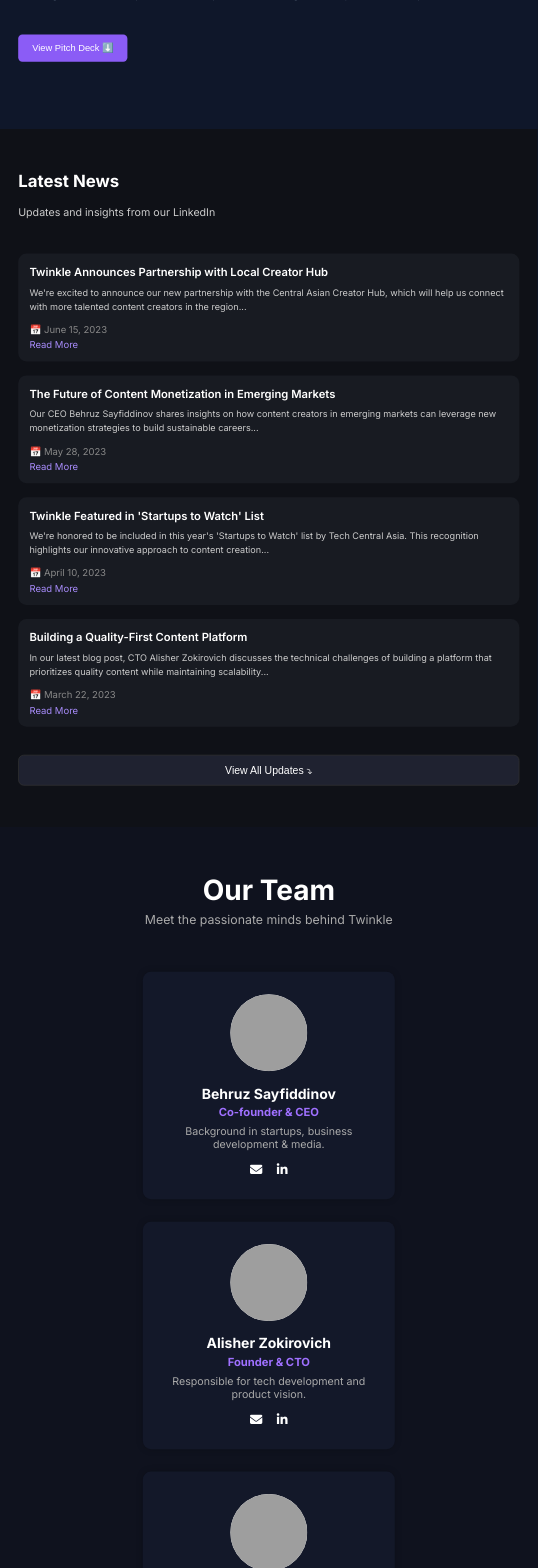
Repository: techboy-33/Twinkle-web
Page: index.html
These files come from the project's save history. The page is drawn as it stood at one moment and after the next save; the edit follows.
The browser window is 768 px wide. The pictures show the part of the page from y = 1585 to 3825 px (the page is 6572 px tall before and 6592 px after), at 70% of full size.
Pictures or frames that could not be fetched are drawn as grey boxes.

Above is the page before, as saved 2025-05-15 10:59:33.

### index.html
<!DOCTYPE html>
<html lang="en">

<head>
    <meta charset="UTF-8" />
    <meta name="viewport" content="width=device-width, initial-scale=1.0" />
    <title>Twinkle</title>
    <link href="styles.css" rel="stylesheet" />
    <link href="https://fonts.googleapis.com/css2?family=Inter:wght@400;600;700&display=swap" rel="stylesheet">
    <link rel="stylesheet" href="https://cdnjs.cloudflare.com/ajax/libs/font-awesome/6.5.0/css/all.min.css">
    <link rel="stylesheet" href="./base.css">
    <link rel="stylesheet" href="./responsive.css">
</head>

<body>
    <header class="navbar">
        <div class="container nav-inner">
            <div class="logo">Twinkle</div>
            <div class="nav-right">
                <nav class="nav-links">
                    <a href="#">General Info</a>
                    <a href="#">News</a>
                    <a href="#">Team</a>
                </nav>
                <div class="nav-icons">
                    <button class="icon-btn">
                        <i class="fa-solid fa-globe"></i>
                    </button>
                    <button class="icon-btn" id="theme-toggle">
                        <i class="fa-solid fa-sun"></i>
                    </button>
                    <button class="icon-btn contact-btn">Contact</button>
                    <button class="hamburger-menu" id="menu-toggle">
                        <i class="fa-solid fa-bars"></i>
                    </button>
                </div>
            </div>
        </div>
    </header>
    <section class="hero">
        <div class="hero-inner">
            <h1>Twinkle</h1>
            <p class="subtitle">
                A social media platform uniting creators who produce high-quality, intellectual, and value-driven
                content with innovative filtering and multi-monetization models.
            </p>

            <div class="info-grid">
                <div class="info-card">
                    <h3>Founded</h3>
                    <p>15th of December 2024</p>
                </div>
                <div class="info-card">
                    <h3>Headquarters</h3>
                    <p>Samarkand, Uzbekistan (remote)</p>
                </div>
                <div class="info-card">
                    <h3>Focus</h3>
                    <p>Creator economy, empowering media industry</p>
                </div>
                <div class="info-card">
                    <h3>Target Market</h3>
                    <p>Uzbekistan, Global Expansion</p>
                </div>
            </div>

            <button class="learn-btn">Learn More ⌄</button>
        </div>
    </section>
    <main class="container">
        <section class="general-info">
            <h2>General Info</h2>
            <div class="info-columns">
                <div class="left">
                    <div>
                        <p class="strong">Industry</p>
                        <p>Social Media, Creator Economy</p>
                    </div>
                    <div>
                        <p class="strong">Business Model</p>
                        <p>Platform, Subscription, Transaction Fees</p>
                    </div>
                    <div>
                        <p class="strong">Location</p>
                        <p>Tashkent, Uzbekistan</p>
                    </div>
                    <div>
                        <p class="strong">Stage</p>
                        <p>Pre-Seed</p>
                    </div>
                </div>
                <div class="right">
                    <div>
                        <p class="strong">Description</p>
                        <p>Twinkle is designed to build a community of high-caliber, educational content creators while
                            creating a next-generation media platform that enables expanded monetization opportunities.
                        </p>
                    </div>
                    <div>
                        <p class="strong">Investment Needs</p>
                        <p>Seeking investment for platform development, marketing, team expansion, and operational
                            costs.
                        </p>
                    </div>
                    <button class="pitch-btn">View Pitch Deck ⬇️</button>
                </div>
            </div>
        </section>
    </main>
    <section class="news-section">
        <div class="container">
            <h2 class="news-title">Latest News</h2>
            <p class="news-subtitle">Updates and insights from our LinkedIn</p>

            <div class="news-grid">
                <!-- News Card 1 -->
                <div class="news-card">
                    <h3>Twinkle Announces Partnership with Local Creator Hub</h3>
                    <p>We're excited to announce our new partnership with the Central Asian Creator Hub, which will help
                        us connect with more talented content creators in the region...</p>
                    <div class="news-meta">
                        <span>📅 June 15, 2023</span>
                        <a href="#">Read More</a>
                    </div>
                </div>

                <!-- News Card 2 -->
                <div class="news-card">
                    <h3>The Future of Content Monetization in Emerging Markets</h3>
                    <p>Our CEO Behruz Sayfiddinov shares insights on how content creators in emerging markets can
                        leverage new monetization strategies to build sustainable careers...</p>
                    <div class="news-meta">
                        <span>📅 May 28, 2023</span>
                        <a href="#">Read More</a>
                    </div>
                </div>

                <!-- News Card 3 -->
                <div class="news-card">
                    <h3>Twinkle Featured in 'Startups to Watch' List</h3>
                    <p>We're honored to be included in this year's 'Startups to Watch' list by Tech Central Asia. This
                        recognition highlights our innovative approach to content creation...</p>
                    <div class="news-meta">
                        <span>📅 April 10, 2023</span>
                        <a href="#">Read More</a>
                    </div>
                </div>

                <!-- News Card 4 -->
                <div class="news-card">
                    <h3>Building a Quality-First Content Platform</h3>
                    <p>In our latest blog post, CTO Alisher Zokirovich discusses the technical challenges of building a
                        platform that prioritizes quality content while maintaining scalability...</p>
                    <div class="news-meta">
                        <span>📅 March 22, 2023</span>
                        <a href="#">Read More</a>
                    </div>
                </div>
            </div>

            <div class="view-all-wrapper">
                <button class="view-all-btn">View All Updates ⤵</button>
            </div>
        </div>
    </section>
    <section class="team-section">
        <div class="container">
            <h2 class="team-title">Our Team</h2>
            <p class="team-subtitle">Meet the passionate minds behind Twinkle</p>

            <div class="team-grid">
                <!-- Team Members -->
                <div class="team-card">
                    <img src="https://encrypted-tbn0.gstatic.com/images?q=tbn:ANd9GcR9CMIiPoEBXCQ0sEX700hf1_gQ1kkmD3HA4w&s"
                        alt="Behruz">
                    <h3>Behruz Sayfiddinov</h3>
                    <p class="role">Co-founder & CEO</p>
                    <p class="desc">Background in startups, business development & media.</p>
                    <div class="icons">
                        <a href="#"><i class="fas fa-envelope"></i></a>
                        <a href="#"><i class="fab fa-linkedin-in"></i></a>
                    </div>
                </div>

                <div class="team-card">
                    <img src="https://encrypted-tbn0.gstatic.com/images?q=tbn:ANd9GcR9CMIiPoEBXCQ0sEX700hf1_gQ1kkmD3HA4w&s"
                        alt="Alisher">
                    <h3>Alisher Zokirovich</h3>
                    <p class="role">Founder & CTO</p>
                    <p class="desc">Responsible for tech development and product vision.</p>
                    <div class="icons">
                        <a href="#"><i class="fas fa-envelope"></i></a>
                        <a href="#"><i class="fab fa-linkedin-in"></i></a>
                    </div>
                </div>

                <div class="team-card">
                    <img src="https://encrypted-tbn0.gstatic.com/images?q=tbn:ANd9GcR9CMIiPoEBXCQ0sEX700hf1_gQ1kkmD3HA4w&s"
                        alt="Member">
                    <h3>Le Minh Hoan</h3>
                    <p class="role">Frontend Developer</p>
                    <p class="desc">Creating seamless user experiences and interfaces.</p>
                    <div class="icons">
                        <a href="#"><i class="fas fa-envelope"></i></a>
                        <a href="#"><i class="fab fa-linkedin-in"></i></a>
                    </div>
                </div>

                <div class="team-card">
                    <img src="https://encrypted-tbn0.gstatic.com/images?q=tbn:ANd9GcR9CMIiPoEBXCQ0sEX700hf1_gQ1kkmD3HA4w&s"
                        alt="Member">
                    <h3>Doston Imomaliyev</h3>
                    <p class="role">Backend Developer</p>
                    <p class="desc">Building robust backend systems.</p>
                    <div class="icons">
                        <a href="#"><i class="fas fa-envelope"></i></a>
                        <a href="#"><i class="fab fa-linkedin-in"></i></a>
                    </div>
                </div>

                <div class="team-card">
                    <img src="https://encrypted-tbn0.gstatic.com/images?q=tbn:ANd9GcR9CMIiPoEBXCQ0sEX700hf1_gQ1kkmD3HA4w&s"
                        alt="Member">
                    <h3>Xojiakbar Sobirjonov</h3>
                    <p class="role">UX/UI Designer</p>
                    <p class="desc">Creating intuitive and beautiful user experiences.</p>
                    <div class="icons">
                        <a href="#"><i class="fas fa-envelope"></i></a>
                        <a href="#"><i class="fab fa-linkedin-in"></i></a>
                    </div>
                </div>
            </div>
        </div>
    </section>
    <section class="find-us-section">
        <div class="container">
            <h2 class="find-us-title">You can <span>Find Us</span></h2>
            <p class="find-us-subtitle">Connect with Twinkle across various platforms</p>
            <div class="find-us-grid">
                <div class="find-us-card linkedin">
                    <i class="fab fa-linkedin-in"></i>
                    <h3>LinkedIn</h3>
                    <p>linkedin.com/company/twinkle-uz</p>
                </div>
                <div class="find-us-card startup-base">
                    <i class="fas fa-globe"></i>
                    <h3>Startup Base</h3>
                    <p>startupbase.uz/en/startups/39</p>
                </div>
                <div class="find-us-card amazon">
                    <i class="fas fa-seedling"></i>
                    <h3>Amazon Startups</h3>
                    <p>AWS Startup Showcase</p>
                </div>
                <div class="find-us-card instagram">
                    <i class="fab fa-instagram"></i>
                    <h3>Instagram</h3>
                    <p>instagram.com/twinkle_uzbekistan</p>
                </div>
                <div class="find-us-card telegram">
                    <i class="fab fa-telegram-plane"></i>
                    <h3>Telegram</h3>
                    <p>t.me/twinkle_uzbekistan</p>
                </div>
            </div>
        </div>
    </section>
    <section class="contact-section">
        <div class="container contact-container">
            <h2 class="contact-title">Contact Us</h2>
            <p class="contact-description">
                Interested in learning more about Twinkle or discussing investment opportunities? We’d love to hear from
                you.
            </p>

            <div class="contact-methods">
                <div class="contact-box">
                    <i class="fas fa-envelope"></i>
                    <p>info@twinkle.com</p>
                </div>
                <div class="contact-box">
                    <i class="fab fa-linkedin-in"></i>
                    <p>LinkedIn</p>
                </div>
            </div>

            <form class="contact-form">
                <div class="form-row">
                    <input type="text" placeholder="Name" required />
                    <input type="email" placeholder="Email" required />
                </div>
                <input type="text" placeholder="Subject" required />
                <textarea placeholder="Message" rows="5" required></textarea>
                <button type="submit" class="send-btn">Send Message</button>
            </form>
        </div>

    </section>
    <footer class="contact-footer">
        <p class="footer-brand">Twinkle</p>
        <p class="footer-rights">© 2025 Twinkle, Inc. All rights reserved.</p>
    </footer>
    <script src="./js.js"></script>
</body>

</html>

### base.css
body.light-mode {
  background-color: #ffffff;
  color: #111111;
}

body.light-mode .navbar,
body.light-mode .hero,
body.light-mode .general-info,
body.light-mode .news-section,
body.light-mode .team-section,
body.light-mode .find-us-section,
body.light-mode .contact-section,
body.light-mode .contact-footer {
  background-color: #ffffff !important;
  color: #111111 !important;
}

body.light-mode .info-card,
body.light-mode .news-card,
body.light-mode .team-card,
body.light-mode .find-us-card,
body.light-mode .contact-box,
body.light-mode .contact-form input,
body.light-mode .contact-form textarea {
  background-color: #f0f0f0 !important;
  color: #111111 !important;
}

body.light-mode a {
  color: #4f46e5;
}

body.light-mode .subtitle,
body.light-mode .news-subtitle,
body.light-mode .team-subtitle,
body.light-mode .desc,
body.light-mode .find-us-card p,
body.light-mode .contact-description {
  color: #444 !important;
}

### responsive.css
@media (max-width: 768px) {

    .navbar {
        width: 100vw;
        overflow-x: hidden;
    }

    .nav-links,
    .contact-btn {
        display: none;
    }

    .hamburger-menu {
        display: block;
        background-color: #0f172a;
        color: #d1d5db;
        border: none;
        font-size: 18px;
    }

    .nav-inner {
        max-width: 1200px;
        width: 100%;
        padding: 0 26px;
        margin: 0 auto;
        display: flex;
        justify-content: space-between;
        align-items: center;
    }

    .nav-right {
        gap: 12px;
    }

    .nav-icons {
        display: flex;
        align-items: center;
        justify-content: flex-end;
        gap: 16px;
    }


    .nav-open .nav-links {
        display: flex;
        flex-direction: column;
        background-color: #1e293b;
        position: absolute;
        top: 70px;
        right: 20px;
        padding: 12px;
        border-radius: 8px;
        gap: 12px;
        z-index: 1001;
    }

    .nav-open .contact-btn {
        display: block;
        width: 100%;
    }

    /* hero */
    .hero {
        padding: 80px 0;
    }

    .hero-inner {
        padding: 0 26px;
    }

    .hero-inner h1 {
        font-size: 36px;
    }

    .subtitle {
        font-size: 16px;
        max-width: 100%;
        margin-bottom: 40px;
    }

    .info-grid {
        grid-template-columns: 1fr;
        gap: 20px;
    }

    .info-card {
        padding: 20px;
    }

    .learn-btn {
        font-size: 14px;
        padding: 10px 24px;
    }

    /* General  Info Section */
    .general-info {
        padding: 60px 26px 70px 26px;
    }

    .general-info h2 {
        font-size: 26px;
        margin: 10px 0 60px 0;
    }

    .info-columns {
        flex-direction: column;
        gap: 40px;
    }

    .info-columns .left,
    .info-columns .right {
        flex: none;
        width: 100%;
    }

    .info-columns p {
        font-size: 15px;
        line-height: 22px;
    }

    .info-columns p strong {
        margin-bottom: 10px;
    }

    .pitch-btn {
        margin: 26px 0;
    }

    /* team section */
    .news-section {
        padding: 60px 26px;
    }

    .news-title,
    .news-subtitle {
        padding-left: 0;
    }

    .news-title {
        font-size: 1.5rem;
        margin-bottom: 20px;
    }

    .news-subtitle {
        font-size: 0.95rem;
        margin-bottom: 50px;
    }

    .news-grid {
        grid-template-columns: 1fr;
        gap: 20px;
    }

    .news-card {
        padding: 16px;
    }

    .news-card h3 {
        font-size: 1rem;
    }

    .news-card p {
        font-size: 13px;
    }

    .news-meta {
        flex-direction: column;
        align-items: flex-start;
        gap: 6px;
    }

    .view-all-btn {
        width: 100%;
        padding: 12px;
        font-size: 15px;
    }
}

Loaded but not shown: js.js (15 lines, source omitted); styles.css (590 lines, source omitted)

After the next save:
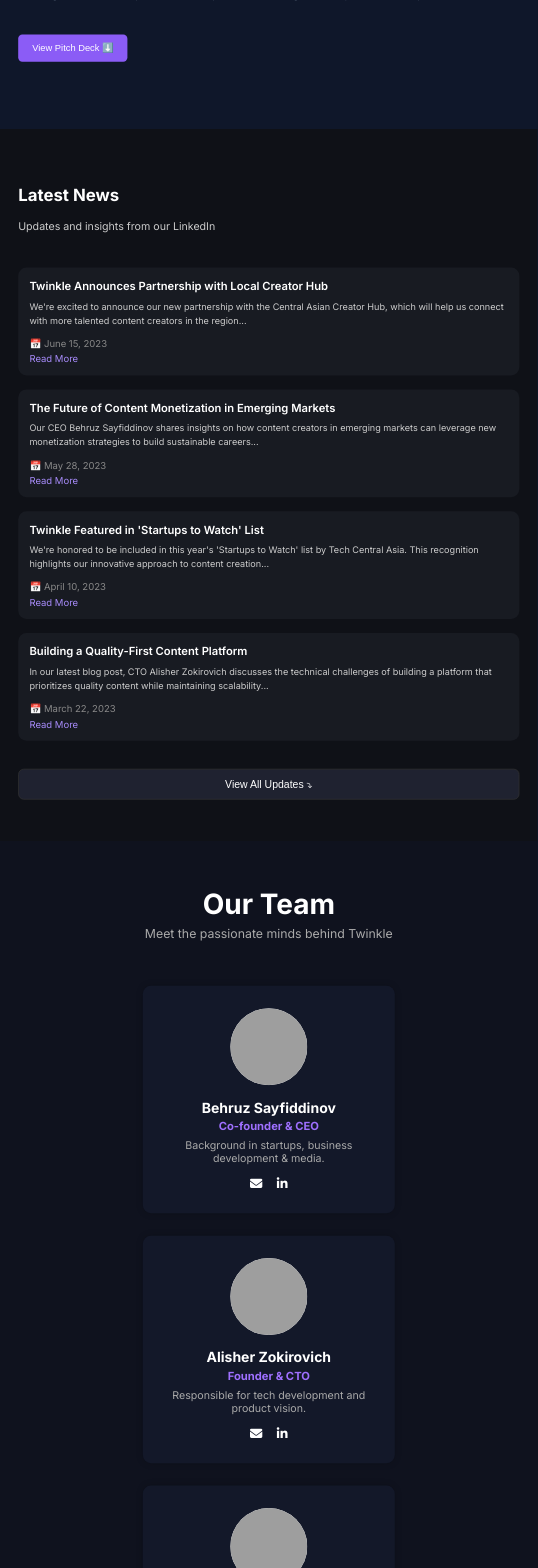
Saved 18 s later.
--- a/responsive.css
+++ b/responsive.css
@@ -137,7 +137,7 @@
 
     .news-title {
         font-size: 1.5rem;
-        margin-bottom: 20px;
+        margin: 20px 0;
     }
 
     .news-subtitle {
